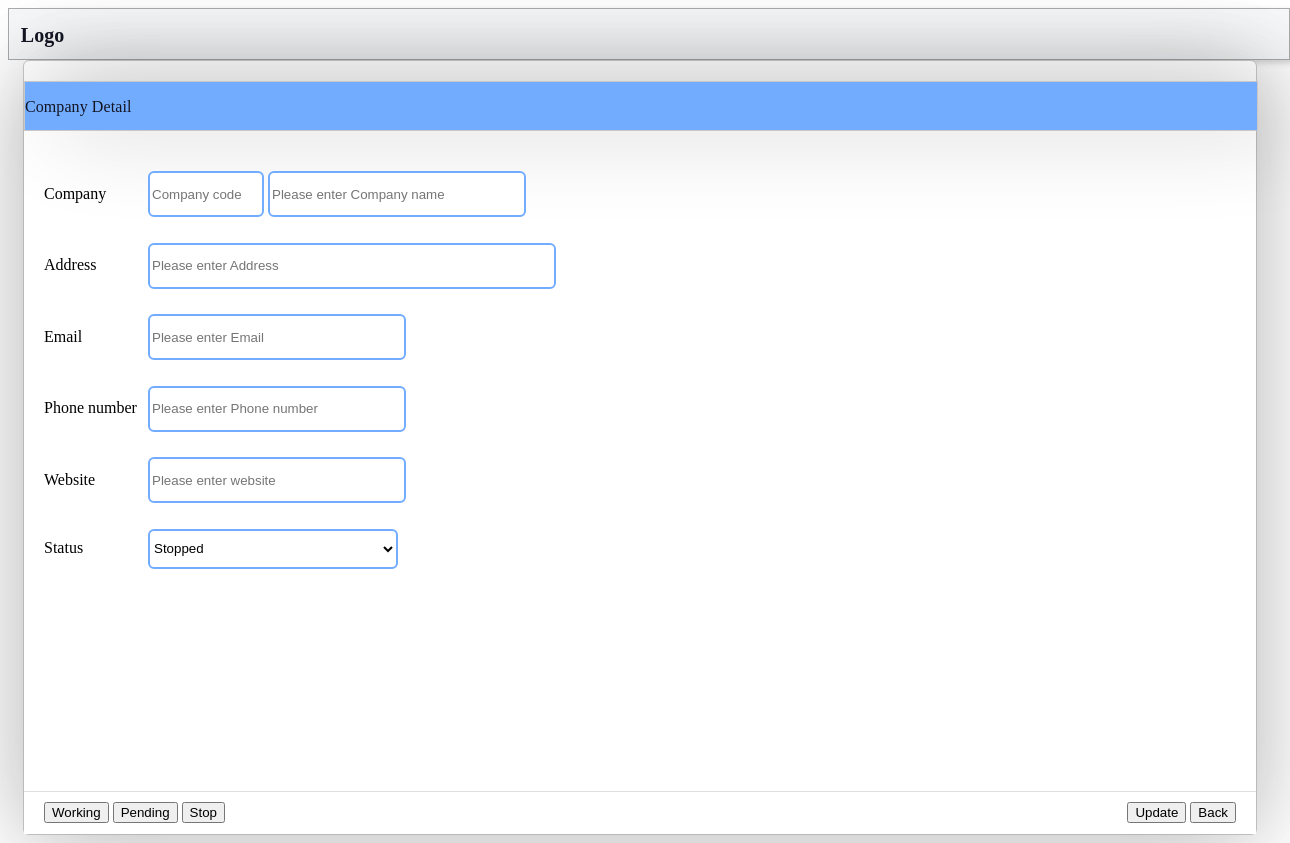
Repository: Zain1409/company
Page: client/html/CompanyDetail.html
The author's editor kept a copy of each file at every save. The page is drawn from the files as they stood at one save, then again after the next save.
The browser window is 1280 px wide. The page is 1290 px wide, so the pictures cover 1290 px, including what lies to the right of the window. The pictures show the whole page.

Above is the page before, as saved 2021-04-04 21:40:57.

### client/html/CompanyDetail.html
<!DOCTYPE html>
<html lang="en">
<head>
    <meta charset="UTF-8">
    <meta http-equiv="X-UA-Compatible" content="IE=edge">
    <meta name="viewport" content="width=device-width, initial-scale=1.0">
    <link rel="stylesheet" href="./../css/CompanyDetail.css">
    <title>Company Detail</title>
</head>
<body>
    <div class="header">
        <p>Logo</p>
    </div>
    <div class="container">
        <div id="content">
            <div id="head">
                <p>Company Detail</p>
            </div>
            <form id="form">
                <label id="properties">Company</label> <input id="code" type="text" placeholder="Company code" style="width: 108px;"> <input id="name" type="text" placeholder="Please enter Company name">
                <br>
                <br>
                <label id="properties">Address</label> <input id="address" type="text" placeholder="Please enter Address" style="width: 400px;
                height: 40px;">
                <br>
                <br>
                <label id="properties">Email</label> <input id="email" type="text" placeholder="Please enter Email" >
                <br>
                <br>
                <label id="properties">Phone number</label> <input id="phone_number" type="text" placeholder="Please enter Phone number" >
                <br>
                <br>
                <label id="properties">Website</label> <input id="website" type="text" placeholder="Please enter website " >
                <br>
                <br>
                <label id="properties">Status</label> <select name="" id="form_select">
                    <option value="stopped">Stopped</option>
                    <option value="working">Working</option>
                    <option value="pending">Pending</option>
                    </select>
                </select>
            </form>
            <div id="footer">
                <div id="button_left">
                    <button>Working</button>
                    <button>Pending</button>
                    <button>Stop</button>
                </div>
                <div id="button_right">
                    <button>Update</button>
                    <button>Back</button>
                </div>
            </div>
        </div>
        <!-- <div id="footer">
            <div id="button_left">
                <button>Working</button>
                <button>Pending</button>
                <button>Stop</button>
            </div>
            <div id="button_right">
                <button>Update</button>
                <button>Back</button>
            </div>
        </div> -->
    </div>
</body>
</html>

### client/css/CompanyDetail.css
.header{
    width: 1280px;
    height: 50px;
    background: #F6F8F9 0% 0% no-repeat padding-box;
    box-shadow: 30px 3px 6px #00000029;
    border: 0.5px solid #ACABAB;
    opacity: 1;
    margin: auto;

}
.header p{
    width: 67px;
    height: 39px;
    text-align: left;
    font-weight: bold;
    font-size: 20px;
    color: #131523;
    opacity: 1;
    text-align: center;
    padding-top: 15px;
    margin: 0;
}
.container{
    width: 1232px;
    height: 624px;
    background: #FFFFFF 0% 0% no-repeat padding-box;
    box-shadow: 0px 3px 90px #00000029;
    border: 0.5px solid #C8C8C8;
    border-radius: 6px;
    opacity: 1;
    padding-top: 20px;
    margin: auto;
}
.container{
    margin: auto;
    width: 1232px;
    height: auto;
    padding-top: 20px;
}

#content{
    clear: both;
    width: 1232px;
    height: 753px;
    background: #FFFFFF 0% 0% no-repeat padding-box;
    box-shadow: 0px 3px 90px #00000029;
    opacity: 1;
}
#head{
    width: 1232px;
    height: 48px;
    background: #72ACFF 0% 0% no-repeat padding-box;
    box-shadow: 30px 3px 90px #00000029;
    border: 0.5px solid #C8C8C8;
    opacity: 1;
}
#head p{
    text-align: left;
    font: normal normal medium 20px/30px Poppins;
    letter-spacing: 0.08px;
    color: #131523;
    opacity: 1;
}
#form{
    width: 600px;
    float: left;
    height: 600px;
    margin: 20px;
    padding-top: 20px;

}
#form input{
    width: 250px;
    height: 40px;
    background: #FFFFFF 0% 0% no-repeat padding-box;
    border: 2px solid #72ACFF;
    border-radius: 6px;
    opacity: 1;
}
#form_select{
    clear: both;
    width: 250px;
    height: 40px;
    background: #FFFFFF 0% 0% no-repeat padding-box;
    border: 2px solid #72ACFF;
    border-radius: 6px;
    opacity: 1;
}
#properties{
    width: 100px;
    height: 40px;
    opacity: 1;
    display: inline-block;
}
#footer{
    clear: both;
    border-top: 1px solid #DEDEDE;
    padding-top: 10px;
}
#button_left{
    float: left;
    padding-left: 20px;
}
#button_right{
    float: right;
    padding-right: 20px;
}

After the next save:
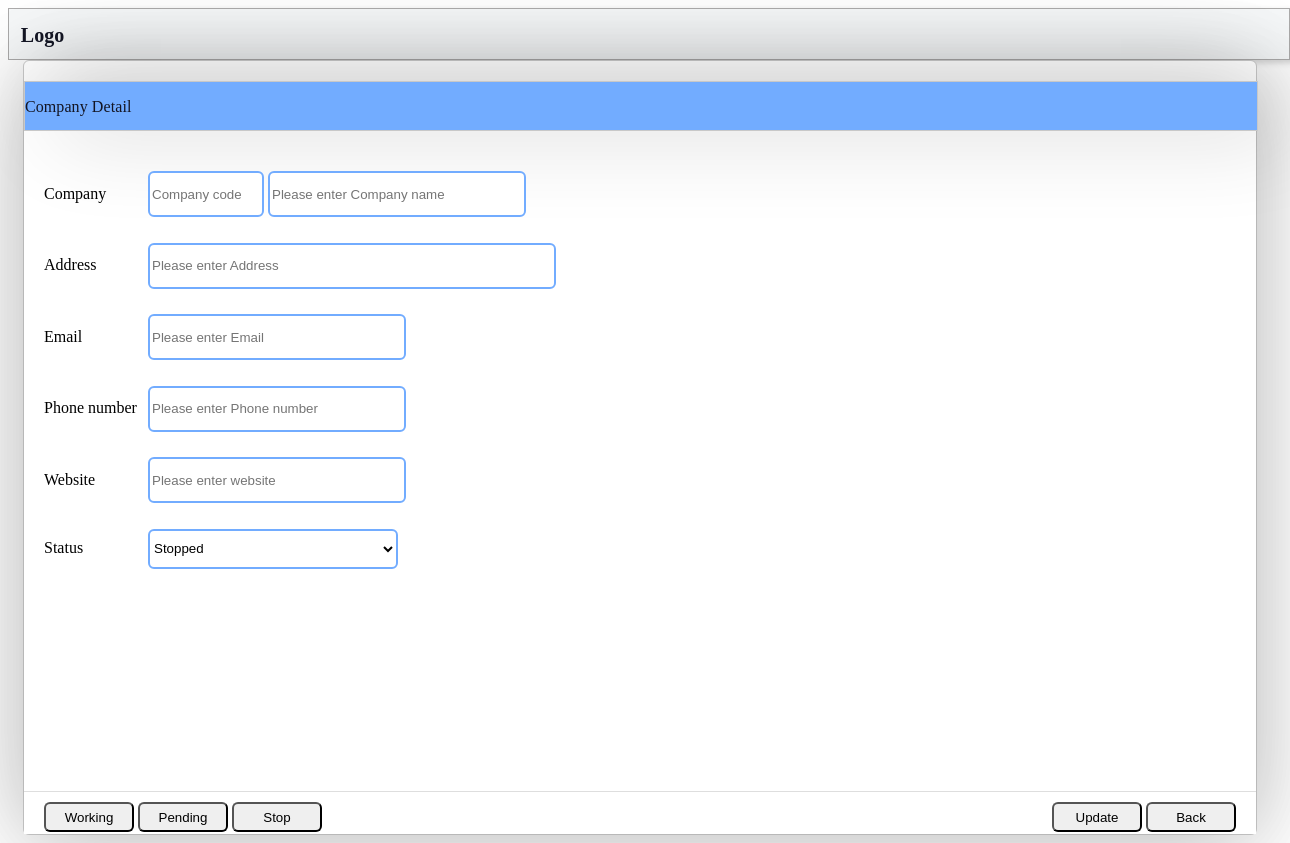
Saved 52 s later.
--- a/client/css/CompanyDetail.css
+++ b/client/css/CompanyDetail.css
@@ -105,3 +105,9 @@
     float: right;
     padding-right: 20px;
 }
+button{
+    width: 90px;
+    height: 30px;
+    border-radius: 6px;
+    opacity: 1;
+}
